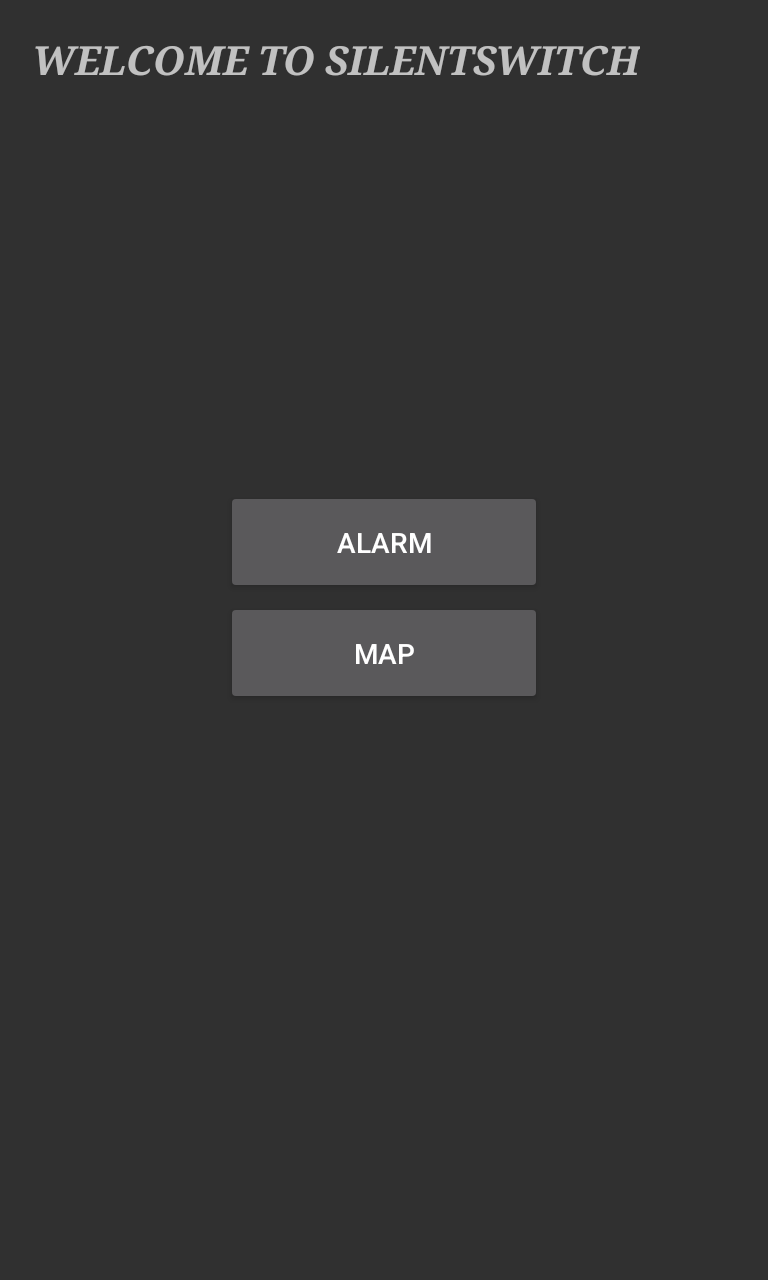
Repository: karakor/SilentSwitch2
Layout: SilentSwitch/res/layout/activity_main.xml
These files come from the project's save history. The layout is drawn as it stood at one moment and after the next save; the edit follows.
It is drawn on a 768 x 1280 px phone screen (xhdpi) without system bars, with theme Theme.AppCompat; the app's code is not run.

Above is the layout before, as saved 2015-03-02 11:03:36.

After the next save:
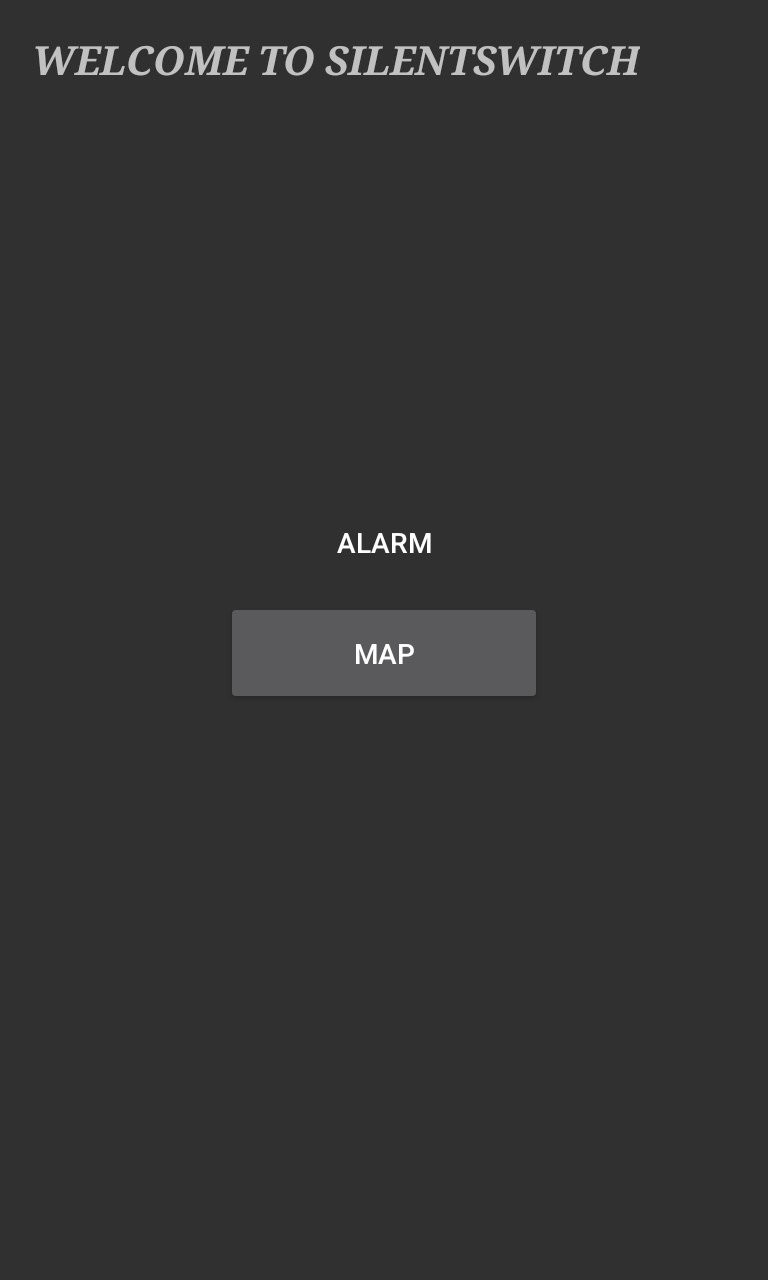
Saved 3 min 16 s later.
--- a/SilentSwitch/res/layout/activity_main.xml
+++ b/SilentSwitch/res/layout/activity_main.xml
@@ -24,6 +24,7 @@
         android:layout_below="@+id/textView1"
         android:layout_centerHorizontal="true"
         android:layout_marginTop="200dp"
+        android:background="@null"
         android:height="55dp"
         android:text="@string/Alarm_btn"
         android:width="160dp" />

After the save that followed:
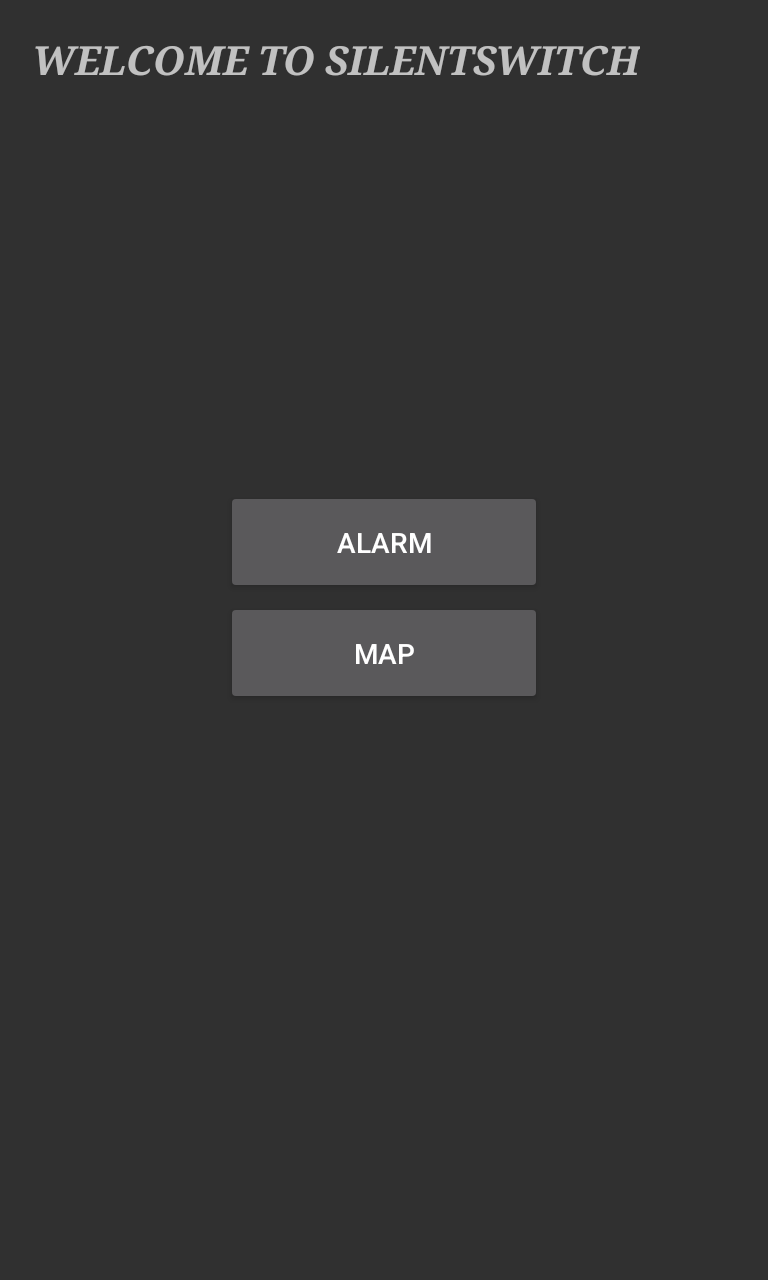
Saved 3 min 19 s later.
--- a/SilentSwitch/res/layout/activity_main.xml
+++ b/SilentSwitch/res/layout/activity_main.xml
@@ -24,10 +24,10 @@
         android:layout_below="@+id/textView1"
         android:layout_centerHorizontal="true"
         android:layout_marginTop="200dp"
-        android:background="@null"
         android:height="55dp"
         android:text="@string/Alarm_btn"
         android:width="160dp" />
+
 
     <Button
         android:id="@+id/Map_btn"
